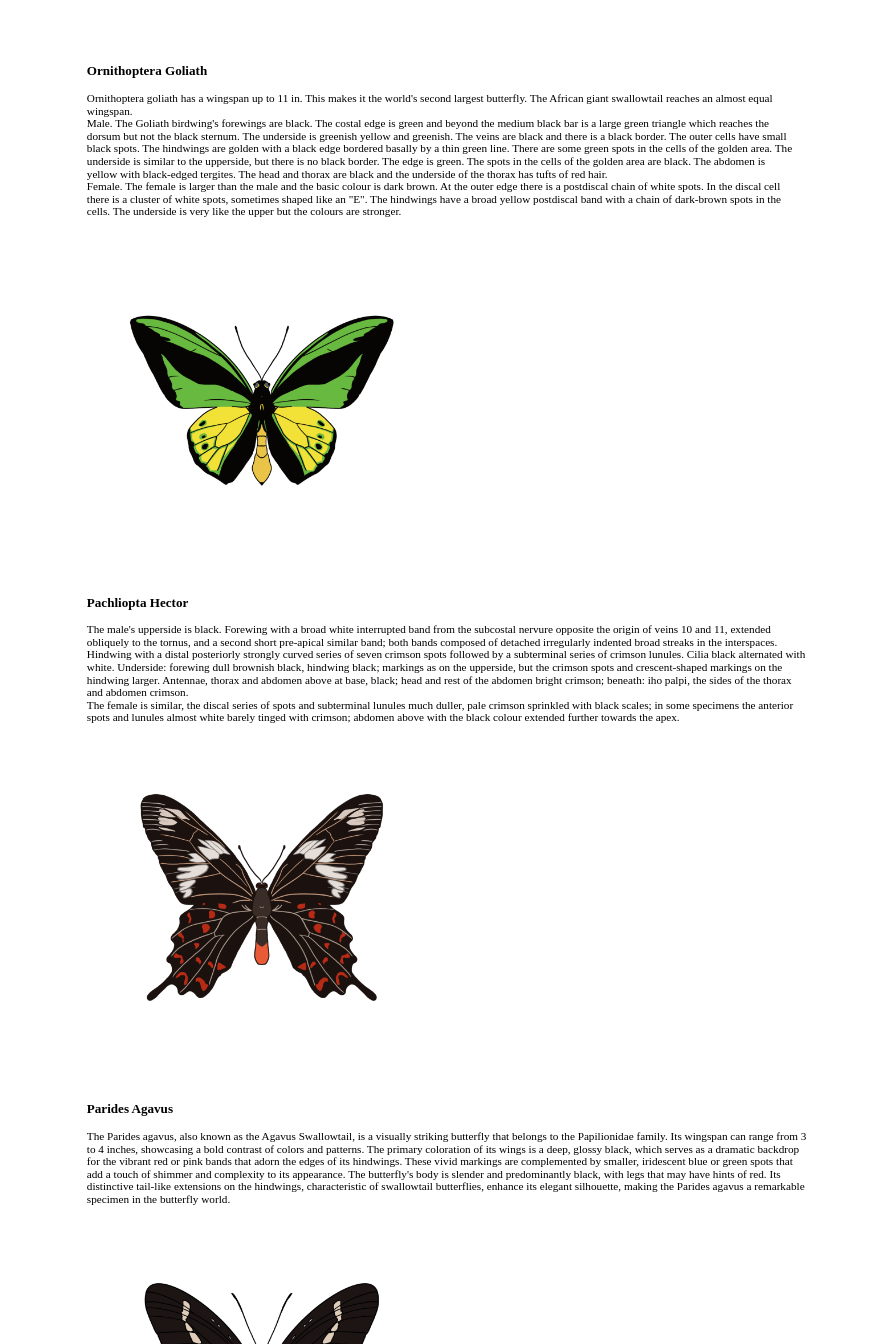
Repository: MeowCeline00/assessment-2
Page: /
An editor plug-in stored every save of this project. The page is shown before and after the next save, followed by the edit.
The browser window is 1280 px wide. The pictures show the part of the page from y = 2762 to 4682 px (the page is 5878 px tall), at 70% of full size.
The project was rebuilt for these pictures with package versions that can differ from the ones it lists, and the page was loaded fresh each time. The framework's server and built-in components were replaced by stand-ins that run in the browser. Also part of the build but not shown: next.config.mjs.

Above is the page before, as saved 2024-02-07 23:30:31.

### pages/index.js
import Head from "next/head";
import { useState } from "react";
import styles from "@/styles/Home.module.css";
import Header from "@/Components/Header";
import Footer from "@/Components/Footer";
import Contents from "@/Components/Contents";


export default function Home() {

  // Butterfly Patterns
  const classFilters = {
    //key : value
    1: 'Agrias Aedon Hewitson',
    2: 'Danaus Plexippus',
    4: 'Morpho Peleides',
    8: 'Ornithoptera Goliath',
    16: 'Pachliopta Hector',
    32: 'Parides Agavus',
    64: 'Trogonoptera Trojana'
  }

  const [input, setInput] = useState();
                                    // 3
                                    // 2 & 2 Remainder 1
                                    // 1 & 1 Remainder 0
                                    // 9
                                    // 8 & 8 Remainder 1
                                    // 1 & 1 Remainder 0
  const getClassStyle = flagValue => (input & flagValue) > 0 ? {backgroundColor: 'yellow'} : null;

  return (
    <>
      <Head>
        <title>General View of Butterfly Wing Patterns</title>
        <meta name="description" content="General View of Butterfly Wing Patterns" />
        <meta name="viewport" content="width=device-width, initial-scale=1" />
        <link rel="icon" href="/butt_favicon.ico" />
      </Head>
      <Header />
      <main className={`${styles.main}`}>
       <input
       id="input"
       type="text"
       placeholder='Bitmask Decimal'
       value={input}
       onChange={event => setInput(event.target.value)}
       />
       <table>
        <tbody>
          {
            Object.keys(classFilters).map(item => (
              <tr key={item} style={getClassStyle(item)}>
                <td>{item}</td>
                <td>{classFilters[item]}</td>
              </tr>
            ))
          }
        </tbody>
       </table>
       <Contents />
      </main>
      <Footer />
    </>
  );
}

### styles/globals.css
:root {
    --h1: rgb(15, 64, 162);
    --h2: rgb(203, 165, 27);
    --header-background: #d1d1d1;

}

### styles/Home.module.css
.main {
  display: flex;
  flex-direction: column;
  justify-content: space-between;
  align-items: center;
  padding: 6rem;
  min-height: 20vh;
}

### Components/Header/index.js
import Image from 'next/image';
import styles from './Header.module.css';

export default function Header() {
    return (
        <header className={styles.header}>
            <div className={styles.titleArea}>
                <h1> Colorful Butterflies</h1>
                <h2> A General Peek at Butterfly Wing Patterns</h2>
            </div>
            <div className={styles.logoArea}>
                <img src={"/logo.png"} alt="Butterfly Logo" width={350} />
            </div>
        </header>
    );
}

### Components/Footer/index.js
import styles from './Footer.module.css'


export default function Footer() {

    return(
        <footer className={styles.footer}>
            © Created by Congling
        </footer>
    )
}

### Components/Contents/index.js
import Image from 'next/image';
import styles from './Contents.module.css';

export default function Contents() {
    return (
        <contents className={styles.contents}>
            <div className={styles.projectDescription}>
            <h1>About</h1>
            <p>This project is my personal project, trying to explore different patterns for the wings of butterflies.
                On this occasion, I tried to draw several variety of Butterflies as referred to the original breed, including
               Agrias Aedon Hewitson, Danaus Plexippus, Morpho Peleides, Ornithoptera Goliath, Pachliopta Hector, Parides Agavus,
               and Trogonoptera Trojana.
            </p>
            </div>
            <div className={styles.butterflyPatterns}>
              <div className={styles.buttfly1}>
                <div className={styles.butterflyDes}>
                <h3>Agrias Aedon Hewitson</h3>
                <p>The species of the genus Agrias have, variously, very bright red, orange,
                    iridescent blue and yellow colouration contrasting on the black or bluish background of their upperside wing.
                    The underside wings are patterned. They have a robust appearance - broad thorax and short wide abdomen, allowing fast flight.
                    The wingspan is 70 to 120 mm. Males of all Agrias species have prominent yellow tufts of androconial scales on the hindwings.
                    These disperse pheromones for attracting suitable mates.</p>
                </div>
                <div className={styles.butterfly1Pic}>
                <img src={"/agrias_aedon_hewitson.png"} alt="Agrias Aedon Hewitson" width={500} />
                </div>
                </div>
                <div className={styles.buttfly2}>
                <div className={styles.butterflyDes}>
                <h3>Danaus Plexippus</h3>
                <p>Monarch butterflies are well-known for their appearance.
                Adult monarch butterflies possess two pairs of brilliant orange-red wings,
                featuring black veins and white spots along the edges. The males possess distinguishing
                black dots along the veins of their wings. Their orange color alerts predators to stay away.
                <br />
                As caterpillars, Monarchs are striped with yellow, black and white bands.
                Monarch caterpillars have a set of antennae-like tentacles at each end of their body.
                They reach about two inches in length before metamorphosis. The monarch chrysalis,
                where the caterpillar undergoes metamorphosis into the winged adult butterfly,
                is seafoam green with tiny yellow spots along its edge.</p>
                </div>
                <div className={styles.butterfly2Pic}>
                <img src={"/Danaus_plexippus.png"} alt="Danaus Plexippus" width={500} />
                </div>
                </div>
                <div className={styles.buttfly3}>
                <div className={styles.butterflyDes}>
                <h3>Morpho Peleides</h3>
                <p>Morpho peleides is recognized by the iridescent blue coloration on the top side of the wings.
                    Conversely, the undersides of the wings are brown and have a cryptic coloration and pattern.
                    Large eyespots are present on the bottom side of the forewings and hindwings.
                    The number of forewing eyespots on each individual may vary.
                    This coloration serves as protection from predators by making the butterfly somewhat camouflaged in the forest,
                    and the eyespots can startle or intimidate potential predators.
                    They are large butterflies, with adult wingspan measuring 5-8 inches.</p>
                </div>
                <div className={styles.butterfly3Pic}>
                <img src={"/morpho_peleides.png"} alt="Morpho Peleides" width={500} />
                </div>
                </div>
                <div className={styles.buttfly4}>
                <div className={styles.butterflyDes}>
                <h3>Ornithoptera Goliath</h3>
                <p>Ornithoptera goliath has a wingspan up to 11 in. This makes it the world's second largest butterfly.
                    The African giant swallowtail reaches an almost equal wingspan.
                    <br />
                    Male. The Goliath birdwing's forewings are black. The costal edge is green and beyond the medium black bar
                    is a large green triangle which reaches the dorsum but not the black sternum. The underside is greenish yellow and greenish.
                    The veins are black and there is a black border. The outer cells have small black spots.
                    The hindwings are golden with a black edge bordered basally by a thin green line.
                    There are some green spots in the cells of the golden area. The underside is similar to the upperside,
                    but there is no black border. The edge is green. The spots in the cells of the golden area are black.
                    The abdomen is yellow with black-edged tergites. The head and thorax are black and the underside of the
                    thorax has tufts of red hair.
                    <br />
                    Female. The female is larger than the male and the basic colour is dark brown.
                    At the outer edge there is a postdiscal chain of white spots. In the discal cell there is a cluster of white spots,
                    sometimes shaped like an "E". The hindwings have a broad yellow postdiscal band with a chain of dark-brown spots in the cells.
                    The underside is very like the upper but the colours are stronger.</p>
                    </div>
                    <div className={styles.butterfly4Pic}>
                <img src={"/ornithoptera_goliath.png"} alt="Ornithoptera Goliath" width={500} />
                </div>
                </div>
                <div className={styles.buttfly5}>
                <div className={styles.butterfly5Des}>
                <h3>Pachliopta Hector</h3>
                <p>The male's upperside is black. Forewing with a broad white interrupted band from the subcostal nervure
                    opposite the origin of veins 10 and 11, extended obliquely to the tornus, and a second short pre-apical similar band;
                    both bands composed of detached irregularly indented broad streaks in the interspaces.
                    Hindwing with a distal posteriorly strongly curved series of seven crimson spots followed by a subterminal series of
                    crimson lunules. Cilia black alternated with white. Underside: forewing dull brownish black, hindwing black;
                    markings as on the upperside, but the crimson spots and crescent-shaped markings on the hindwing larger.
                    Antennae, thorax and abdomen above at base, black; head and rest of the abdomen bright crimson; beneath:
                    iho palpi, the sides of the thorax and abdomen crimson.
                    <br />
                    The female is similar, the discal series of spots and subterminal lunules much duller,
                    pale crimson sprinkled with black scales; in some specimens the anterior spots and lunules almost white barely
                    tinged with crimson; abdomen above with the black colour extended further towards the apex.
                    </p>
                    </div>
                    <div className={styles.butterfly5Pic}>
                <img src={"/pachliopta_hector.png"} alt="Pachliopta Hector" width={500} />
                </div>
                </div>
                <div className={styles.buttfly6}>
                <div className={styles.butterfly6Des}>
                <h3>Parides Agavus</h3>
                <p>The Parides agavus, also known as the Agavus Swallowtail, is a visually striking butterfly that belongs
                    to the Papilionidae family. Its wingspan can range from 3 to 4 inches, showcasing a bold contrast of colors and patterns.
                    The primary coloration of its wings is a deep, glossy black, which serves as a dramatic backdrop for the vibrant
                    red or pink bands that adorn the edges of its hindwings. These vivid markings are complemented by smaller,
                    iridescent blue or green spots that add a touch of shimmer and complexity to its appearance.
                    The butterfly's body is slender and predominantly black, with legs that may have hints of red.
                    Its distinctive tail-like extensions on the hindwings, characteristic of swallowtail butterflies,
                    enhance its elegant silhouette, making the Parides agavus a remarkable specimen in the butterfly world.</p>
                </div>
                <div className={styles.butterfly6Pic}>
                <img src={"/parides_agavus.png"} alt="Parides Agavus" width={500} />
                </div>
                </div>
                <div className={styles.buttfly7}>
                <div className={styles.butterfly7Des}>
                <h3>Trogonoptera Trojana</h3>
                <p>
                    The Trogonoptera trojana, known as the Rajah Brooke's Birdwing, is an exquisite and large butterfly,
                    hailing from the Birdwing genus that captivates with its sheer size and stunning coloration.
                    Typically, the wingspan of this magnificent creature can stretch up to about 7 inches,
                    making it one of the larger species within the butterfly realm. The male of the species boasts a velvety black color
                    on the upper side of its wings, dramatically offset by an electric green or turquoise hue that forms broad,
                    iridescent bands across the forewings and a series of smaller, similarly colored streaks on the hindwings.
                    This contrast is not only striking but serves as a natural spectacle in the wild. The female, while larger,
                    tends to have a more subdued color palette, with wings that are predominantly brown or black,
                    accented with white or cream-colored spots. The Trogonoptera trojana's body is slender,
                    with the thorax and abdomen often matching the dark hue of the wings, creating a cohesive and sleek appearance.
                    The elegant, yet powerful flight of this butterfly, coupled with its vivid coloration,
                    makes it a breathtaking sight in its natural rainforest habitats</p>
                    </div>
                    <div className={styles.butterfly7Pic}>
                <img src={"/trogonoptera_trojana.png"} alt="Trogonoptera Trojana" width={500} />
                </div>
                </div>
            </div>
        </contents>
    );
}

### Components/Header/Header.module.css
.header {
    display: flex;
    justify-content: space-between;
    align-items: center;
    padding: 20px;
    background-color: var(--header-background);
}

.titleArea {
    display: flex;
    flex-direction: column;
    padding-left: 20%;
}

.titleArea h1 {
    color: var(--h1);
    font-size: xx-large;
    font-family: Impact, Haettenschweiler, 'Arial Narrow Bold', sans-serif;
}

.titleArea h2 {
    color: var(--h2);
    font-family: 'Franklin Gothic Medium', 'Arial Narrow', Arial, sans-serif;
}

.logoArea {
  display: flex;
  padding-right: 20%;
}

### Components/Footer/Footer.module.css
.footer{
    text-align: center;
    font-weight: bold;
    font-family: Georgia, 'Times New Roman', Times, serif;
    font-size: larger;
    background-color: var(--header-background);
    color: var(--h1);
}

### Components/Contents/Contents.module.css
.contents {
    display: flex;
    flex-direction: column;
    margin: 20px;
}

.projectDescription {
    margin-bottom: 20px;
}

.butterflyPatterns {
    display: flex;
    flex-direction: column;
}

.butterflyPattern {
    display: flex;
    justify-content: space-between;
    align-items: center;
    margin-bottom: 20px;
}

.butterflyDes {
    flex: 1; /* Assigns 50% of the space to the description */
    padding-right: 20px; /* Adds some space between the text and the image */
}

.butterflyPic {
    flex: 1; /* Assigns 50% of the space to the picture */
    display: flex;
    justify-content: flex-start; /* Aligns the image to the start of the flex item */
}

.butterflyPic img {
    width: 100%; /* Full width of the flex item */
    height: auto; /* Keeps the aspect ratio of the image */
}

Loaded but not shown: pages/_app.js (common file); pages/_document.js (common file); pages/api/hello.js (common file)

After the next save:
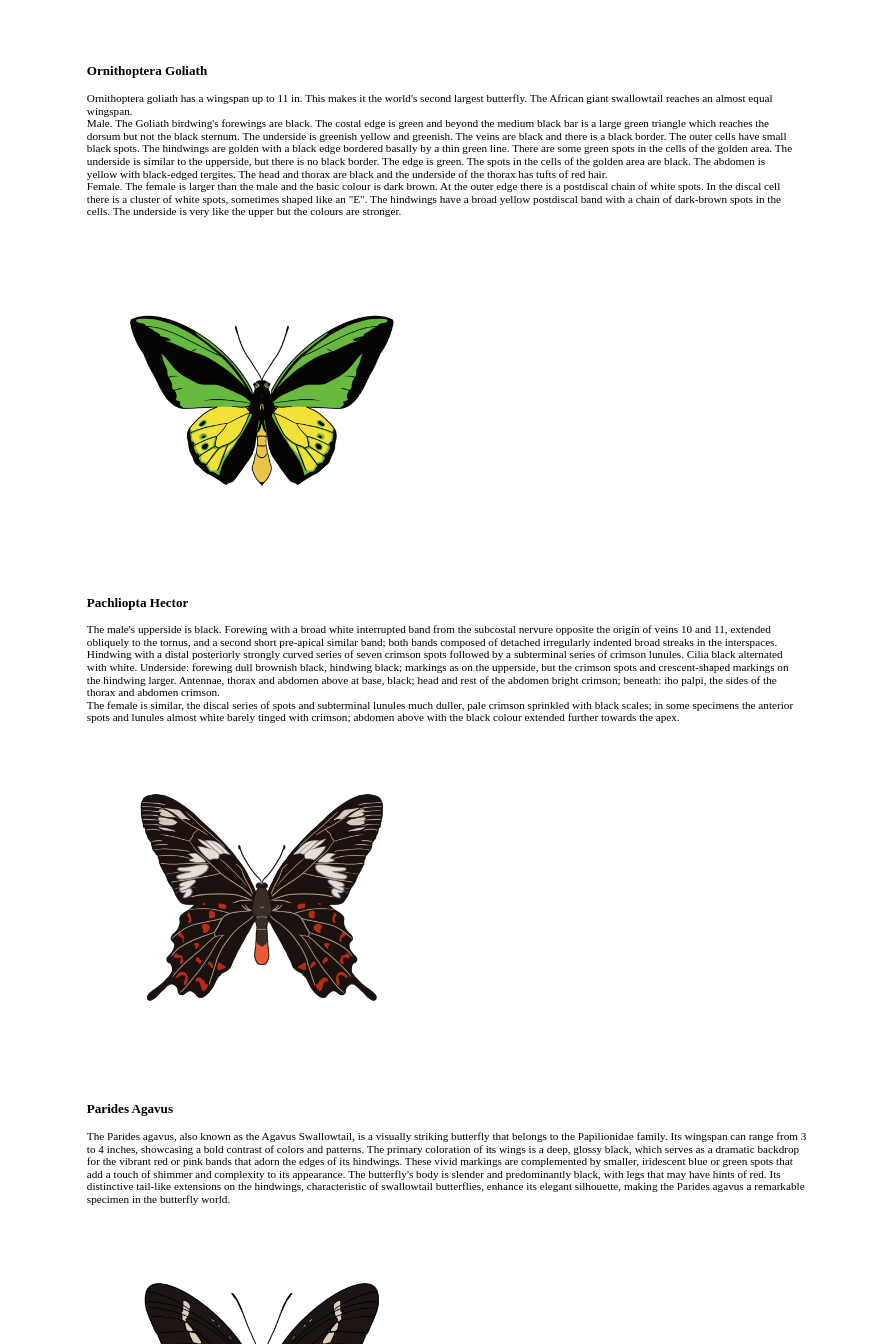
Saved 7 s later.
--- a/Components/Contents/index.js
+++ b/Components/Contents/index.js
@@ -84,7 +84,7 @@ export default function Contents() {
                 </div>
                 </div>
                 <div className={styles.buttfly5}>
-                <div className={styles.butterfly5Des}>
+                <div className={styles.butterflyDes}>
                 <h3>Pachliopta Hector</h3>
                 <p>The male's upperside is black. Forewing with a broad white interrupted band from the subcostal nervure
                     opposite the origin of veins 10 and 11, extended obliquely to the tornus, and a second short pre-apical similar band;
